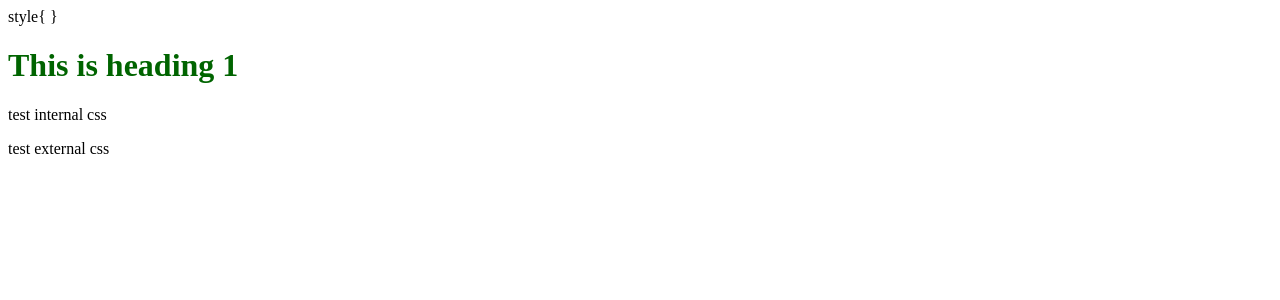
Repository: congle98/CSS_CachNhungCSS
Page: index.html
An editor plug-in stored every save of this project. The page is shown before and after a run of saves, followed by the edit.
The browser window is 1280 px wide. The pictures show the whole page.

Above is the page before, as saved 2021-05-26 11:54:18.

After the next 9 saves:
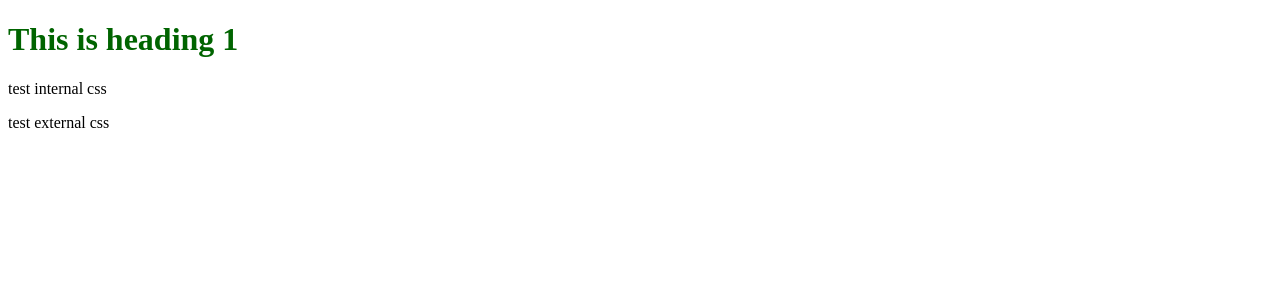
The 9 saves are shown as one change because they came seconds apart.
The last was saved 22 s later.
--- a/index.html
+++ b/index.html
@@ -5,10 +5,9 @@
     <meta http-equiv="X-UA-Compatible" content="IE=edge">
     <meta name="viewport" content="width=device-width, initial-scale=1.0">
     <title>Document</title>
-    style{
+    <style>
 
-
-    }
+    </style>
 
 </head>
 <body>
